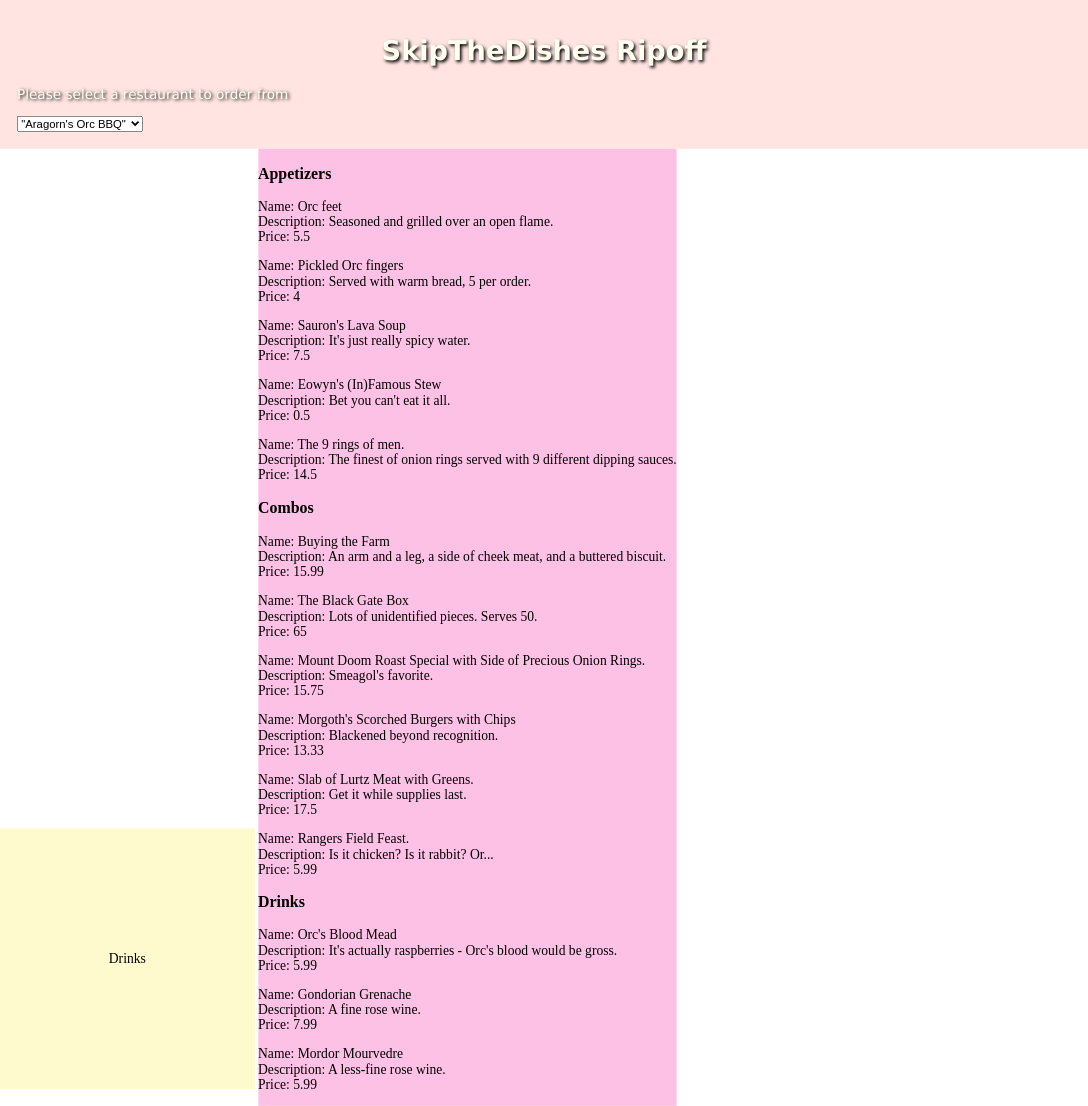
Repository: hudaali14/Carleton
Page: 2406/Assignments/Assignment1 (97)/order.html
These files come from the project's save history. The page is drawn as it stood at one moment and after the next save; the edit follows.
The browser window is 1280 px wide. The pictures show the whole page, at 85% of full size.
After loading, the first visible `#dropdown` was changed once.

Above is the page before, as saved 2020-01-25 21:10:41.

After the next save:
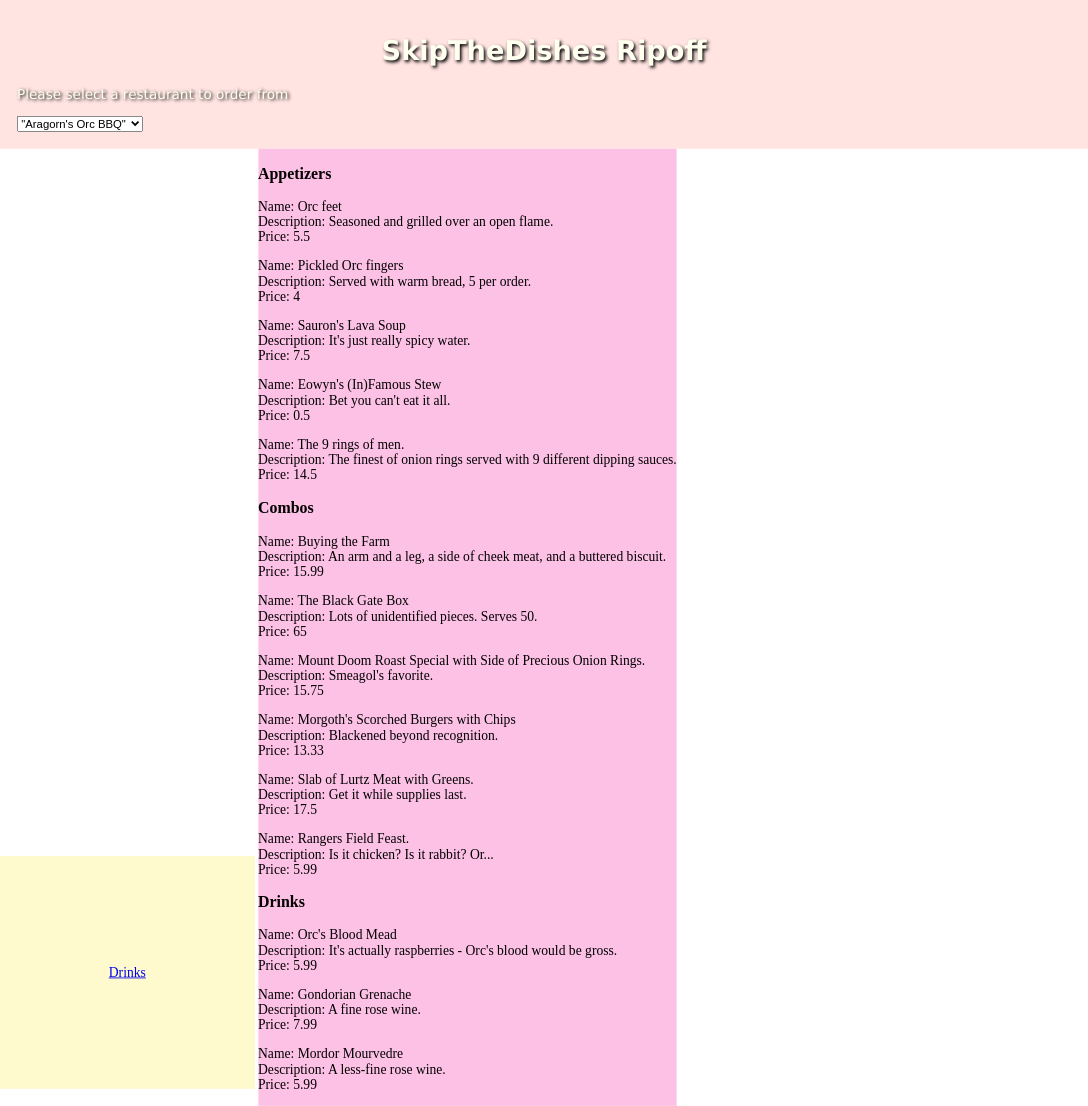
Saved 47 s later.
--- a/2406/Assignments/Assignment1 (97)/client.js
+++ b/2406/Assignments/Assignment1 (97)/client.js
@@ -295,18 +295,18 @@
 	category.innerHTML="";
 	if(dropdownMenu.selectedIndex==1){
 		let aragornMenu= ["Appetizers", "Combos","Drinks"];
-		let para =document.createElement("p");
+		let para =document.createElement("a");
 		aragornMenu.forEach(element => {
-			para.innerHTML=element;
+			para.innerHTML=element+"<br/>";
 			category.appendChild(para);
 		});
 		displayItems(aragorn, aragornMenu);
 		para.href="/Users/hudaali/Desktop/2406/assignment1#categorylink";
 	}else if(dropdownMenu.selectedIndex==2){
 		let legolasMenu=["Lembas", "Combos"];
-		let para =document.createElement("p");
+		let para =document.createElement("a");
 		legolasMenu.forEach(element => {
-			para.innerHTML=element;
+			para.innerHTML=element+"<br/>";
 			category.appendChild(para);
 		});
 		displayItems(legolas, legolasMenu);
@@ -314,9 +314,9 @@
 
 	}else if(dropdownMenu.selectedIndex==3){
 		let frodoMenu=["Breakfast","Second Breakfast","Elevenses","Luncheon","Afternoon Tea","Dinner","Supper"];
-		let para =document.createElement("p");
+		let para =document.createElement("a");
 		frodoMenu.forEach(element => {
-			para.innerHTML=element;
+			para.innerHTML=element+"<br/>";
 			category.appendChild(para);
 		});
 		displayItems(frodo, frodoMenu);
